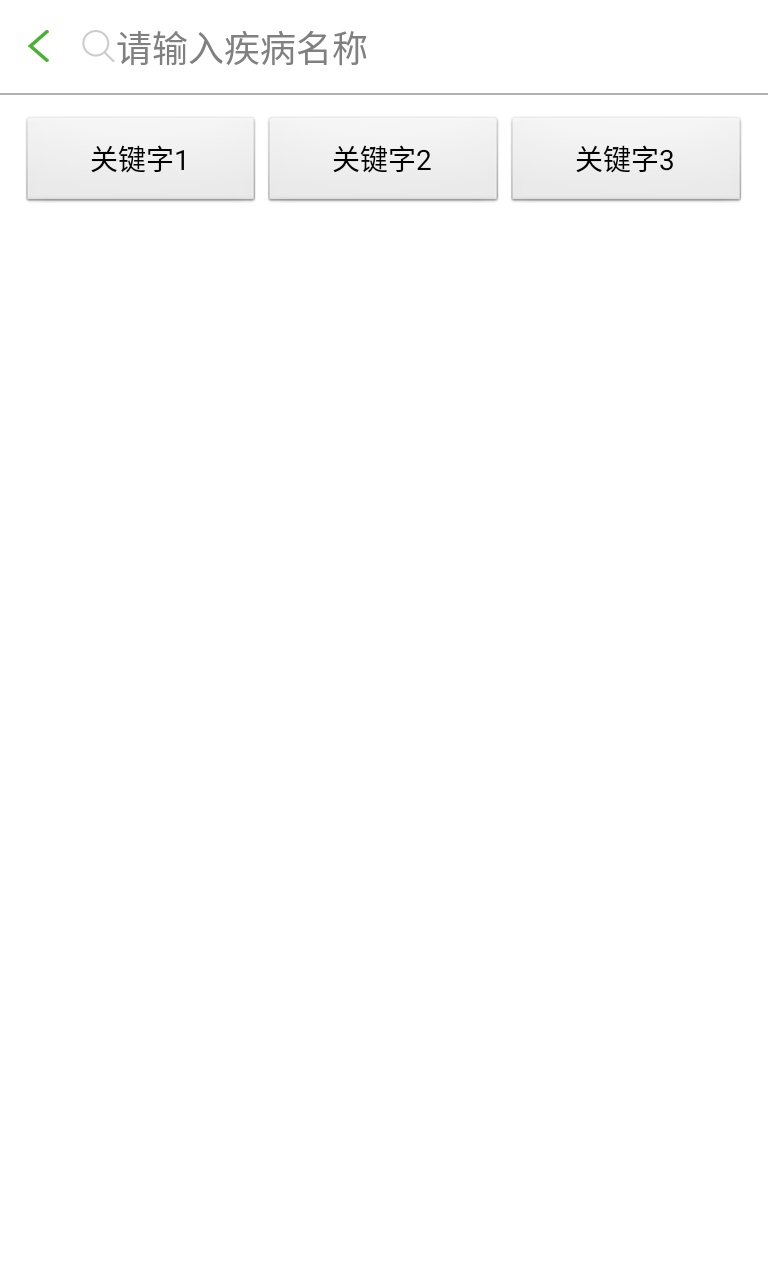
Repository: hjhlove110/XYApp
Layout: XYApp/res/layout/serache_view.xml
An editor plug-in stored every save of this project. The layout is shown before and after the next save, followed by the edit.
It is drawn on a 768 x 1280 px phone screen (xhdpi) without system bars, with theme Translucent; the app's code is not run.

Above is the layout before, as saved 2015-09-23 05:40:27.

### XYApp/res/layout/serache_view.xml
<LinearLayout xmlns:android="http://schemas.android.com/apk/res/android"
    android:layout_width="fill_parent"
    android:layout_height="fill_parent"
    android:background="#ffffff"
    android:orientation="vertical" >

    <LinearLayout
        android:layout_width="match_parent"
        android:layout_height="wrap_content"
        android:layout_margin="10dp"
        android:gravity="left|center_vertical"
        android:orientation="horizontal" >

        <ImageButton
            android:id="@+id/btnBack"
            android:layout_width="wrap_content"
            android:layout_height="wrap_content"
            android:background="@drawable/btn_back_selector" />

        <EditText
            android:id="@+id/title"
            android:layout_width="0dp"
            android:layout_height="wrap_content"
            android:layout_weight="1"
            android:background="@null"
            android:drawableLeft="@drawable/serach1"
            android:gravity="center_vertical|left"
            android:hint="请输入疾病名称"
            android:paddingLeft="10dp"
            android:textColor="#49b233" />
    </LinearLayout>

    <View
        android:layout_width="match_parent"
        android:layout_height="1dp"
        android:background="#b2b2b2" />

    <LinearLayout
        android:layout_width="match_parent"
        android:layout_height="wrap_content"
        android:layout_margin="10dp"
        android:orientation="horizontal" >

        <Button
            android:id="@+id/btnMsg1"
            android:layout_width="0dp"
            android:layout_height="wrap_content"
            android:layout_weight="1"
            android:text="关键字1" />

        <Button
            android:id="@+id/btnMsg2"
            android:layout_width="0dp"
            android:layout_height="wrap_content"
            android:layout_weight="1"
            android:text="关键字2" />

        <Button
            android:id="@+id/btnMsg3"
            android:layout_width="0dp"
            android:layout_height="wrap_content"
            android:layout_weight="1"
            android:text="关键字3" />
    </LinearLayout>

</LinearLayout>

### XYApp/res/values/styles.xml
<resources>

    <!--
        Base application theme, dependent on API level. This theme is replaced
        by AppBaseTheme from res/values-vXX/styles.xml on newer devices.



    -->
    <style name="AppBaseTheme" parent="Theme.AppCompat.Light">
        <!--
            Theme customizations available in newer API levels can go in
            res/values-vXX/styles.xml, while customizations related to
            backward-compatibility can go here.



        -->
    </style>

    <!-- Application theme. -->
    <style name="AppTheme" parent="AppBaseTheme">

        <!-- All customizations that are NOT specific to a particular API-level can go here. -->
        <item name="android:windowNoTitle">true</item>
    </style>

    <style name="CheckBoxMain">
        <item name="android:button">@null</item>
        <item name="android:paddingTop">12dip</item>
        <item name="android:gravity">center</item>
        <item name="android:background">@drawable/bg_mune</item>
        <item name="android:textSize">14sp</item>
        <item name="android:textColor">#656565</item>
        <item name="android:layout_width">0dip</item>
        <item name="android:layout_height">wrap_content</item>
        <item name="android:layout_weight">1</item>
    </style>

    <style name="Translucent" parent="@android:style/Theme.Translucent">
        <item name="android:windowNoTitle">true</item>
        <item name="android:windowIsFloating">true</item>
        <item name="android:windowIsTranslucent">true</item>
        <item name="android:windowContentOverlay">@null</item>
        <item name="android:windowAnimationStyle">@android:style/Animation.Dialog</item>
        <item name="android:backgroundDimEnabled">true</item>
    </style>

</resources>

### XYApp/res/drawable/btn_back_selector.xml
<?xml version="1.0" encoding="UTF-8"?>
<selector xmlns:android="http://schemas.android.com/apk/res/android">

    <item android:drawable="@drawable/l_back_p" android:state_checked="true"/>
    <item android:drawable="@drawable/l_back_p" android:state_pressed="true"/>
    <item android:drawable="@drawable/l_back"/>

</selector>

After the next save:
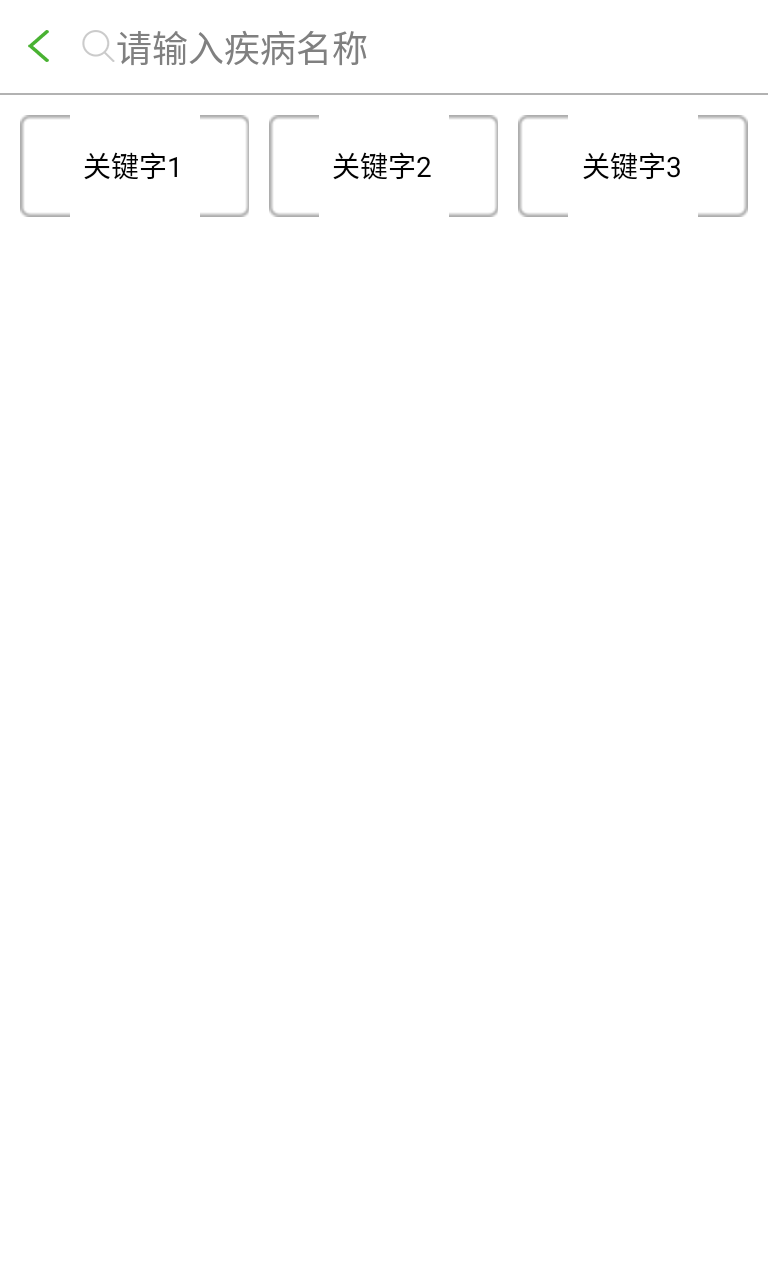
Saved 28 s later.
--- a/XYApp/res/layout/serache_view.xml
+++ b/XYApp/res/layout/serache_view.xml
@@ -46,13 +46,17 @@
             android:layout_width="0dp"
             android:layout_height="wrap_content"
             android:layout_weight="1"
+            android:background="@drawable/txtbg"
             android:text="关键字1" />
 
         <Button
             android:id="@+id/btnMsg2"
             android:layout_width="0dp"
             android:layout_height="wrap_content"
+            android:layout_marginLeft="10dp"
+            android:layout_marginRight="10dp"
             android:layout_weight="1"
+            android:background="@drawable/txtbg"
             android:text="关键字2" />
 
         <Button
@@ -60,6 +64,7 @@
             android:layout_width="0dp"
             android:layout_height="wrap_content"
             android:layout_weight="1"
+            android:background="@drawable/txtbg"
             android:text="关键字3" />
     </LinearLayout>
 
